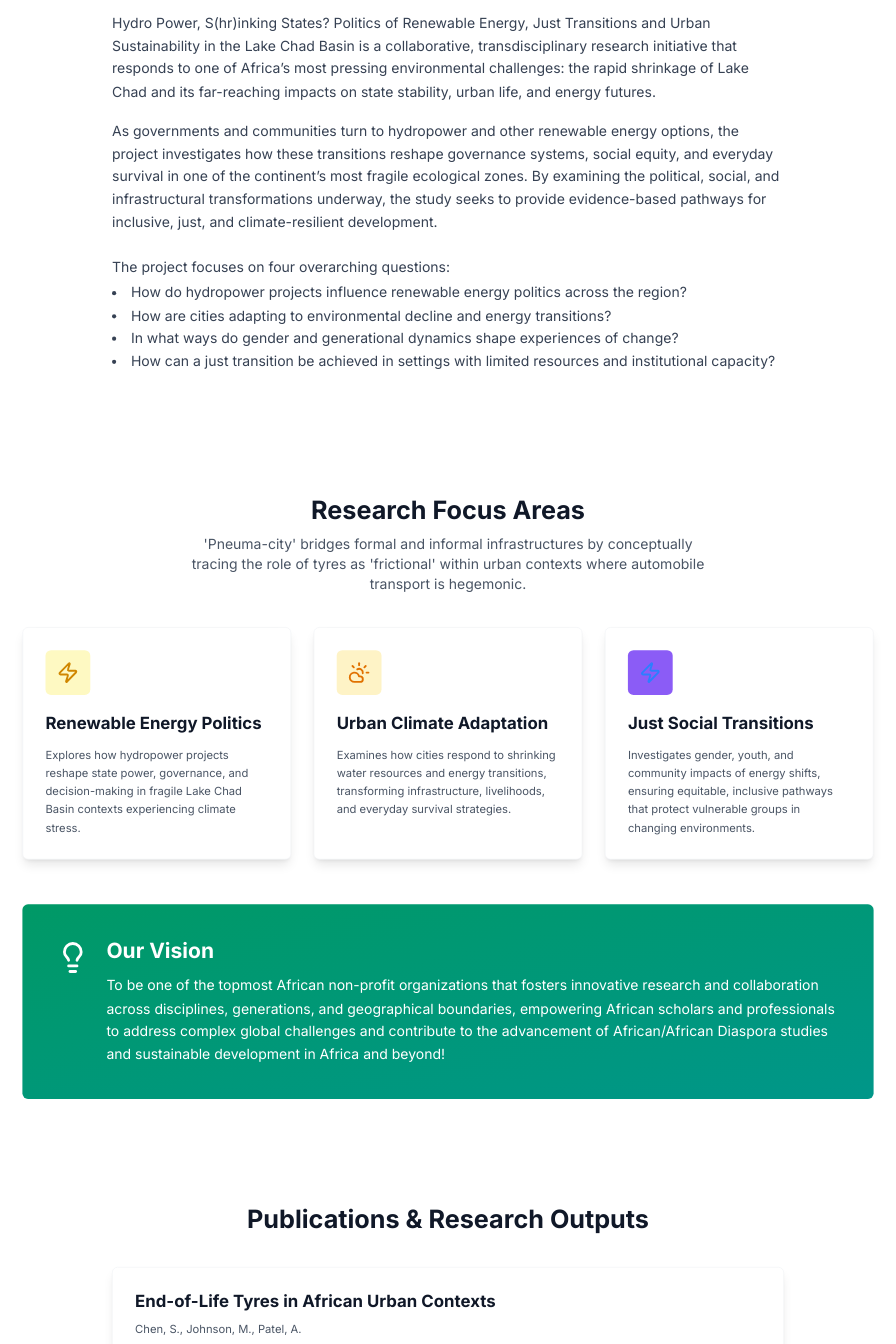
Repository: tiossdav/codesria
Page: /
These files come from the project's save history. The page is drawn as it stood at one moment and after the next save; the edit follows.
The browser window is 1280 px wide. The pictures show the part of the page from y = 927 to 2847 px (the page is 5119 px tall), at 70% of full size.
The project was rebuilt for these pictures with package versions that can differ from the ones it lists, and the page was loaded fresh each time. Also part of the build but not shown: vite.config.ts.

Above is the page before, as saved 2025-11-19 20:25:25.

### index.html
<!DOCTYPE html>
<html lang="en">
  <head>
    <meta charset="UTF-8" />
    <link rel="icon" type="image/svg+xml" href="/vite.svg" />
    <link href="/src/App.css" rel="stylesheet" />
    <link rel="preconnect" href="https://fonts.googleapis.com" />
    <link rel="preconnect" href="https://fonts.gstatic.com" crossorigin />
    <link
      href="https://fonts.googleapis.com/css2?family=Caveat:wght@400..700&family=Inter:ital,opsz,wght@0,14..32,100..900;1,14..32,100..900&family=Lobster&family=Raleway:ital,wght@0,100..900;1,100..900&display=swap"
      rel="stylesheet"
    />
    <meta name="viewport" content="width=device-width, initial-scale=1.0" />
    <title>codesria</title>
  </head>
  <body>
    <div id="root"></div>
    <script type="module" src="/src/main.tsx"></script>
  </body>
</html>

### src/App.css
@import "tailwindcss";

@theme {
  --font-inter: "Inter", sans-serif;
  --font-caveat: "Caveat", cursive;
  --font-lobster: "Lobster", cursive;
  --font-raleway: "Raleway", sans-serif;
}

### src/App.tsx
import { Route, Switch } from "wouter";
import Header from "./components/layout/Header";
import Footer from "./components/layout/Footer";
import Home from "./pages/Home";
import About from "./pages/About";
import Research from "./pages/Research";
import Team from "./pages/Team";
import Publications from "./pages/Publications";
import Contact from "./pages/Contact";

export default function App() {
  return (
    <div className="min-h-screen bg-white flex flex-col">
      <Header />

      <div className="flex-1">
        <Switch>
          <Route path="/" component={Home} />
          <Route path="/obj" component={About} />
          <Route path="/research" component={Research} />
          <Route path="/team" component={Team} />
          <Route path="/publications" component={Publications} />
          <Route path="/contact" component={Contact} />

          {/* 404 Route */}
          <Route>
            <div className="min-h-screen flex items-center justify-center">
              <div className="text-center">
                <h1 className="text-4xl font-bold text-gray-900 mb-4">404</h1>
                <p className="text-gray-600">Page not found</p>
              </div>
            </div>
          </Route>
        </Switch>
      </div>

      <Footer />
    </div>
  );
}

### src/components/layout/Header.tsx
import { useState } from "react";
import { Link, useLocation } from "wouter";
import { Menu, X } from "lucide-react";

type NavLink = {
  title: string;
  href: string;
};

const navlinks: NavLink[] = [
  { title: "Home", href: "/" },
  { title: "Aim & Objectives", href: "/obj" },
  { title: "Research", href: "/research" },
  { title: "Team", href: "/team" },
  { title: "Publications", href: "/publications" },
  { title: "Contact", href: "/contact" },
];

export default function Header() {
  const [location] = useLocation();
  const [open, setOpen] = useState(false);

  return (
    <nav className="bg-white shadow-sm fixed w-full top-0 z-50 border-b border-gray-200">
      <div className="max-w-7xl mx-auto px-4 sm:px-6 lg:px-4">
        <div className="flex justify-between items-center h-20">
          {/* Logo */}
          <Link href="/">
            <span className="font-caveat text-3xl text-gray-900 font-bold cursor-pointer">
              JustEnergyAfrica
            </span>
          </Link>

          {/* Desktop Menu */}
          <div className="hidden md:flex items-center font-inter space-x-8">
            {navlinks.map((nav, index) => (
              <Link
                key={index}
                href={nav.href}
                className={`text-[16px] font-medium transition-colors ${
                  location === nav.href
                    ? "text-slate-900"
                    : "text-slate-600 hover:text-slate-900"
                }`}
              >
                {nav.title}
              </Link>
            ))}
          </div>

          {/* Mobile Menu Button */}
          <button
            className="md:hidden p-2 rounded-md focus:outline-none"
            onClick={() => setOpen(!open)}
          >
            {open ? <X className="w-6 h-6" /> : <Menu className="w-6 h-6" />}
          </button>
        </div>
      </div>

      {/* Mobile Dropdown */}
      {open && (
        <div className="md:hidden bg-white border-t border-gray-200 shadow-sm font-inter">
          <ul className="flex flex-col p-4 space-y-4">
            {navlinks.map((nav, index) => (
              <Link
                key={index}
                href={nav.href}
                onClick={() => setOpen(false)}
                className={`text-[16px] font-medium ${
                  location === nav.href
                    ? "text-slate-900"
                    : "text-slate-600 hover:text-slate-900"
                }`}
              >
                {nav.title}
              </Link>
            ))}
          </ul>
        </div>
      )}
    </nav>
  );
}

### src/components/layout/Footer.tsx
function Footer() {
  return (
    <footer className="bg-gray-900 text-white py-12 mt-20">
      <div className="max-w-7xl mx-auto px-4 sm:px-6 lg:px-8">
        <div className="text-center mb-6">
          <p className="text-gray-300 mb-2">Funded by the British Academy</p>
          <p className="text-gray-400 text-sm">
            Part of the GCRF 'Urban Infrastructures of Well-Being' research
            programme
          </p>
        </div>
        <div className="text-center pt-6 border-t border-gray-700">
          <p className="text-gray-400">
            © 2024 Pneuma-City Research Project. All rights reserved.
          </p>
        </div>
      </div>
    </footer>
  );
}

export default Footer;

### src/pages/Home.tsx
import { useLocation } from "wouter";
import power from "../assets/power.jpg";
import About from "./About";
import Research from "./Research";
import Publications from "./Publications";
import Team from "./Team";
import Contact from "./Contact";

export default function Home() {
  const [, setLocation] = useLocation();

  return (
    <>
      {/* Hero Section */}
      <div className="relative h-screen mt-20 font-inter">
        <div className="absolute inset-0">
          <img
            src={power}
            alt="Urban African street"
            className="w-full h-full object-cover"
          />
          <div className="absolute inset-0 bg-black opacity-50"></div>
        </div>

        <div className="relative h-full flex items-center px-4">
          <div className="max-w-7xl mx-auto w-full">
            <div className="max-w-3xl">
              <h1 className="text-4xl md:text-5xl font-bold text-white mb-6 leading-tight">
                Hydro-Power S(hr)inking State: Renewable energy in Lake Chad
              </h1>
              <p className="text-xl md:text-2xl text-gray-100 mb-8 leading-relaxed">
                This research explores Lake Chad’s environmental crisis,
                analyzing hydropower, urban adaptation, gender equity, and just
                transition through comparative, mixed-method studies across Chad
                and Nigeria to inform inclusive, sustainable governance and
                development.
              </p>
              <div className="flex flex-col sm:flex-row gap-4">
                <button
                  onClick={() => setLocation("/obj")}
                  className="bg-emerald-600 hover:bg-emerald-700 text-white px-8 py-4 rounded-md font-semibold text-lg transition-colors"
                >
                  Learn More
                </button>
                <button
                  onClick={() => setLocation("/research")}
                  className="bg-white/10 backdrop-blur-sm hover:bg-white/20 border-2 border-white text-white px-8 py-4 rounded-md font-semibold text-lg transition-all"
                >
                  Our Research
                </button>
              </div>
            </div>
          </div>
        </div>
      </div>

      {/* All Sections Below Hero */}
      <About />
      <Research />
      <Publications />
      <Team />
      <Contact />
    </>
  );
}

### src/pages/About.tsx
function About() {
  return (
    <div className="max-w-5xl mx-auto mt-8 px-4 sm:px-6 lg:px-8 py-10 font-inter">
      <h2 className="text-4xl font-bold text-gray-900 mb-8">About</h2>
      <div className="prose prose-lg max-w-none">
        <p className="text-xl text-gray-700 leading-relaxed mb-6">
          Hydro Power, S(hr)inking States? Politics of Renewable Energy, Just
          Transitions and Urban Sustainability in the Lake Chad Basin is a
          collaborative, transdisciplinary research initiative that responds to
          one of Africa’s most pressing environmental challenges: the rapid
          shrinkage of Lake Chad and its far-reaching impacts on state
          stability, urban life, and energy futures.
        </p>
        <p className="text-xl text-gray-700 leading-relaxed mb-8">
          As governments and communities turn to hydropower and other renewable
          energy options, the project investigates how these transitions reshape
          governance systems, social equity, and everyday survival in one of the
          continent’s most fragile ecological zones. By examining the political,
          social, and infrastructural transformations underway, the study seeks
          to provide evidence-based pathways for inclusive, just, and
          climate-resilient development.
        </p>
        <p className="text-xl text-gray-700 leading-relaxed mb-1">
          The project focuses on four overarching questions:
        </p>
        <ul className="list-disc list-inside mb-6 text-xl text-gray-700 leading-relaxed ">
          <li>
            How do hydropower projects influence renewable energy politics
            across the region?
          </li>
          <li>
            How are cities adapting to environmental decline and energy
            transitions?
          </li>
          <li>
            In what ways do gender and generational dynamics shape experiences
            of change?
          </li>
          <li>
            How can a just transition be achieved in settings with limited
            resources and institutional capacity?
          </li>
        </ul>

        {/* <div className="bg-emerald-50 border-l-4 border-emerald-600 p-6 my-8">
          <p className="text-gray-800 italic">
            This project is funded by the British Academy and is part of the
            wider GCRF 'Urban Infrastructures of Well-Being' research programme.
          </p>
        </div> */}
      </div>
    </div>
  );
}

export default About;

### src/pages/Research.tsx
import { CloudSun, Globe, Lightbulb, Recycle, Users, Zap } from "lucide-react";

function Research() {
  return (
    <div className="max-w-7xl mx-auto mt-8 px-4 sm:px-6 lg:px-8 py-20 font-inter">
      <h2 className="text-4xl font-bold text-gray-900 mb-4 text-center">
        Research Focus Areas
      </h2>
      <p className="text-xl text-gray-600 mb-12 text-center max-w-3xl mx-auto">
        'Pneuma-city' bridges formal and informal infrastructures by
        conceptually tracing the role of tyres as 'frictional' within urban
        contexts where automobile transport is hegemonic.
      </p>

      <div className="grid md:grid-cols-3 gap-8 mb-16">
        <div className="bg-white p-8 rounded-lg shadow-lg border border-gray-100 hover:shadow-xl transition-shadow">
          <div className="bg-yellow-100 w-16 h-16 rounded-lg flex items-center justify-center mb-6">
            <Zap className="h-8 w-8 text-yellow-600" />
          </div>
          <h3 className="text-2xl font-bold text-gray-900 mb-4">
            Renewable Energy Politics
          </h3>
          <p className="text-gray-600 leading-relaxed">
            Explores how hydropower projects reshape state power, governance,
            and decision-making in fragile Lake Chad Basin contexts experiencing
            climate stress.
          </p>
        </div>

        <div className="bg-white p-8 rounded-lg shadow-lg border border-gray-100 hover:shadow-xl transition-shadow">
          <div className="bg-amber-100 w-16 h-16 rounded-lg flex items-center justify-center mb-6">
            <CloudSun className="h-8 w-8 text-amber-600" />
          </div>
          <h3 className="text-2xl font-bold text-gray-900 mb-4">
            Urban Climate Adaptation
          </h3>
          <p className="text-gray-600 leading-relaxed">
            Examines how cities respond to shrinking water resources and energy
            transitions, transforming infrastructure, livelihoods, and everyday
            survival strategies.
          </p>
        </div>

        <div className="bg-white p-8 rounded-lg shadow-lg border border-gray-100 hover:shadow-xl transition-shadow">
          <div className="bg-[#8B5CF6] w-16 h-16 rounded-lg flex items-center justify-center mb-6">
            <Zap className="h-8 w-8 text-blue-500" />
          </div>
          <h3 className="text-2xl font-bold text-gray-900 mb-4">
            Just Social Transitions
          </h3>
          <p className="text-gray-600 leading-relaxed">
            Investigates gender, youth, and community impacts of energy shifts,
            ensuring equitable, inclusive pathways that protect vulnerable
            groups in changing environments.
          </p>
        </div>
      </div>

      <div className="bg-linear-to-br from-emerald-600 to-teal-600 rounded-lg p-12 text-white">
        <div className="flex items-start">
          <Lightbulb className="h-12 w-12 mr-6 shrink-0 mt-1" />
          <div>
            <h3 className="text-3xl font-bold mb-4">Our Vision</h3>
            <p className="text-xl leading-relaxed">
              To be one of the topmost African non-profit organizations that
              fosters innovative research and collaboration across disciplines,
              generations, and geographical boundaries, empowering African
              scholars and professionals to address complex global challenges
              and contribute to the advancement of African/African Diaspora
              studies and sustainable development in Africa and beyond!
            </p>
          </div>
        </div>
      </div>
    </div>
  );
}

export default Research;

### src/pages/Team.tsx
const teamMembers = [
  {
    name: "Dr. Sarah Chen",
    role: "Principal Investigator",
    image:
      "https://images.unsplash.com/photo-1573496359142-b8d87734a5a2?w=400&h=400&fit=crop",
    bio: "Expert in sustainable urban development and environmental engineering",
  },
  {
    name: "Dr. Marcus Johnson",
    role: "Co-Investigator",
    image:
      "https://images.unsplash.com/photo-1560250097-0b93528c311a?w=400&h=400&fit=crop",
    bio: "Specializes in social sciences and informal economies research",
  },
  {
    name: "Dr. Aisha Patel",
    role: "Research Fellow",
    image:
      "https://images.unsplash.com/photo-1580489944761-15a19d654956?w=400&h=400&fit=crop",
    bio: "Focus on gender studies and urban livelihoods",
  },
  {
    name: "Alex Rivera",
    role: "Research Assistant",
    image:
      "https://images.unsplash.com/photo-1519345182560-3f2917c472ef?w=400&h=400&fit=crop",
    bio: "Researching circular economy models and waste management systems",
  },
];

function Team() {
  return (
    <div className="max-w-7xl mx-auto mt-8 px-4 sm:px-6 lg:px-8 py-10 font-inter">
      <h2 className="text-4xl font-bold text-gray-900 mb-4 text-center">
        Meet Our Team
      </h2>
      {/* <p className="text-xl text-gray-600 mb-12 text-center max-w-3xl mx-auto">
        Our interdisciplinary team combines expertise from engineering, social
        sciences, gender studies, and environmental sustainability
      </p> */}
      <div className="grid md:grid-cols-2 lg:grid-cols-4 gap-8">
        {teamMembers.map((member, index) => (
          <div
            key={index}
            className="bg-white rounded-lg shadow-lg overflow-hidden border border-gray-100 hover:shadow-xl transition-shadow"
          >
            <img
              src={member.image}
              alt={member.name}
              className="w-full h-64 object-cover"
            />
            <div className="p-6">
              <h3 className="text-xl font-bold text-gray-900 mb-1">
                {member.name}
              </h3>
              <p className="text-emerald-600 font-semibold mb-3">
                {member.role}
              </p>
              <p className="text-gray-600 text-sm leading-relaxed">
                {member.bio}
              </p>
            </div>
          </div>
        ))}
      </div>
    </div>
  );
}

export default Team;

### src/pages/Publications.tsx
import { ExternalLink } from "lucide-react";

const publications = [
  {
    title: "End-of-Life Tyres in African Urban Contexts",
    authors: "Chen, S., Johnson, M., Patel, A.",
    journal: "Environmental Science & Policy",
    year: "2024",
    link: "#",
  },
  {
    title: "Gendered Informal Economies: Tyre Repair Work in Lagos",
    authors: "Patel, A., Johnson, M., Chen, S.",
    journal: "Urban Studies",
    year: "2024",
    link: "#",
  },
  {
    title: "Circular Economy Solutions for Urban Waste",
    authors: "Chen, S., Rivera, A.",
    journal: "Sustainability Journal",
    year: "2023",
    link: "#",
  },
];

function Publications() {
  return (
    <div className="max-w-5xl mx-auto mt-8 px-4 sm:px-6 lg:px-8 py-10 font-inter">
      <h2 className="text-4xl font-bold text-gray-900 mb-12 text-center">
        Publications & Research Outputs
      </h2>
      <div className="space-y-6">
        {publications.map((pub, index) => (
          <div
            key={index}
            className="bg-white p-8 rounded-lg shadow-lg border border-gray-100 hover:shadow-xl transition-shadow"
          >
            <h3 className="text-2xl font-bold text-gray-900 mb-3">
              {pub.title}
            </h3>
            <p className="text-gray-600 mb-2">{pub.authors}</p>
            <p className="text-emerald-600 font-semibold mb-4">
              {pub.journal} ({pub.year})
            </p>
            <a
              href={pub.link}
              className="inline-flex items-center text-emerald-600 hover:text-emerald-700 font-medium"
            >
              Read Full Paper <ExternalLink className="ml-2 h-4 w-4" />
            </a>
          </div>
        ))}
      </div>
    </div>
  );
}

export default Publications;

### src/pages/Contact.tsx
import { Mail, Target } from "lucide-react";

function Contact() {
  return (
    <div className="max-w-3xl mx-auto mt-8 px-4 sm:px-6 lg:px-8 py-10 font-inter">
      <h2 className="text-4xl font-bold text-gray-900 mb-4 text-center">
        Get Involved
      </h2>
      <p className="text-xl text-gray-600 mb-12 text-center">
        Interested in collaborating or learning more about our work? We welcome
        inquiries from researchers, practitioners, and community organizations.
      </p>
      <div className="bg-white p-10 rounded-lg shadow-lg border border-gray-100">
        <div className="space-y-8">
          <div className="flex items-start">
            <Mail className="h-6 w-6 text-emerald-600 mt-1 mr-4 shrink-0" />
            <div>
              <h3 className="font-bold text-gray-900 mb-2 text-lg">Email Us</h3>
              <p className="text-gray-600">graduateresearchclinic@gmail.com</p>
            </div>
          </div>

          <div className="flex items-start">
            <Target className="h-6 w-6 text-emerald-600 mt-1 mr-4 shrink-0" />
            <div>
              <h3 className="font-bold text-gray-900 mb-2 text-lg">
                Research Location
              </h3>
              <p className="text-gray-600">Ibadan, Nigeria.</p>
            </div>
          </div>

          <div className="pt-6 border-t border-gray-200">
            <h3 className="font-bold text-gray-900 mb-4 text-lg">
              Collaboration Opportunities
            </h3>
            <p className="text-gray-600 mb-6 leading-relaxed">
              We're open to partnerships with academic institutions, NGOs,
              government agencies, and community organizations working on
              sustainable urban development and circular economy initiatives.
            </p>
            <button className="w-full bg-emerald-600 hover:bg-emerald-700 text-white px-6 py-4 rounded-md font-semibold transition-colors">
              Send Inquiry
            </button>
          </div>
        </div>
      </div>
    </div>
  );
}

export default Contact;

Loaded but not shown: src/main.tsx (common file)

After the next save:
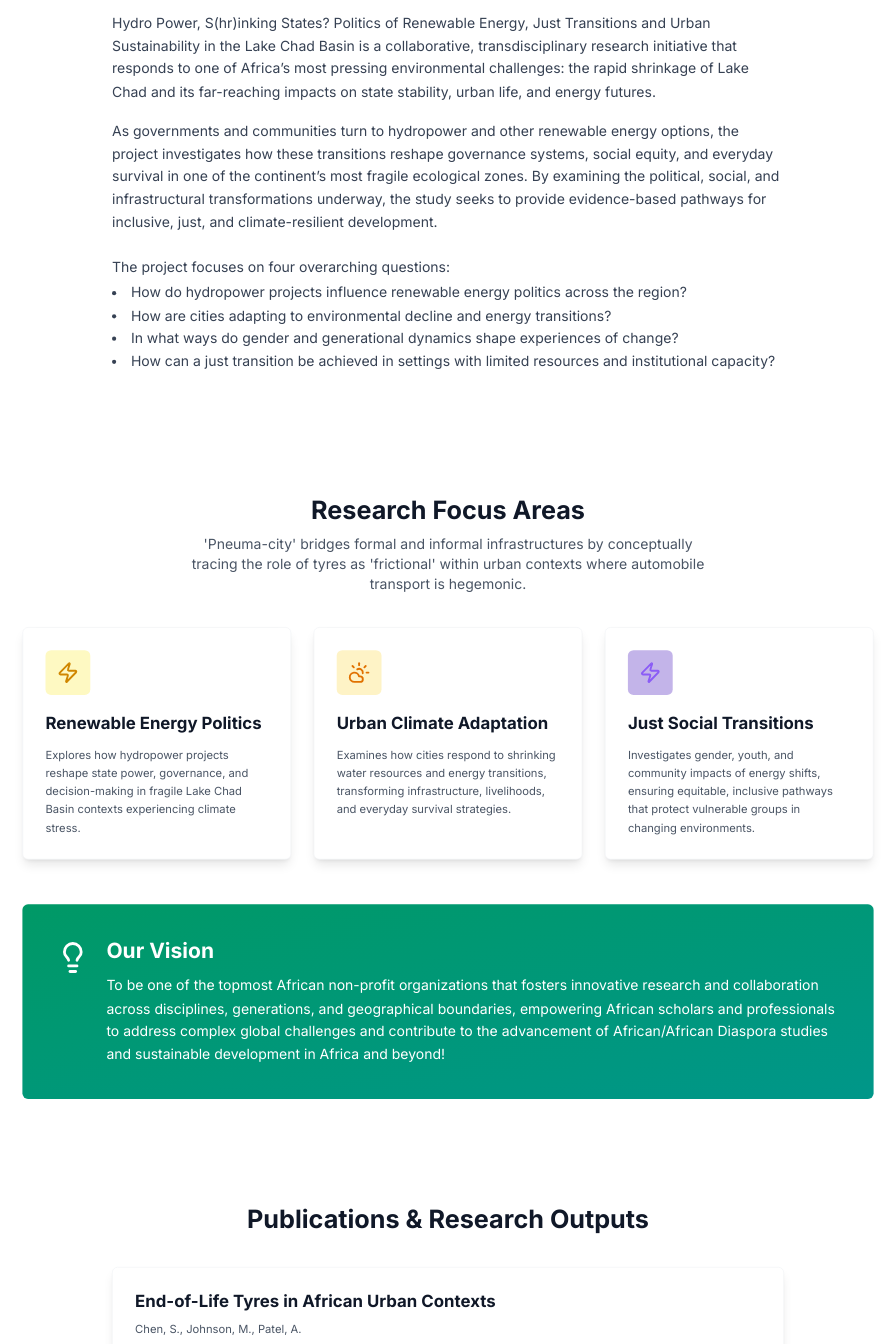
Saved 45 s later.
--- a/src/pages/Research.tsx
+++ b/src/pages/Research.tsx
@@ -42,8 +42,8 @@ function Research() {
         </div>
 
         <div className="bg-white p-8 rounded-lg shadow-lg border border-gray-100 hover:shadow-xl transition-shadow">
-          <div className="bg-[#8B5CF6] w-16 h-16 rounded-lg flex items-center justify-center mb-6">
-            <Zap className="h-8 w-8 text-blue-500" />
+          <div className="bg-[#c3b4e9] w-16 h-16 rounded-lg flex items-center justify-center mb-6">
+            <Zap className="h-8 w-8 text-[#8B5CF6]" />
           </div>
           <h3 className="text-2xl font-bold text-gray-900 mb-4">
             Just Social Transitions
